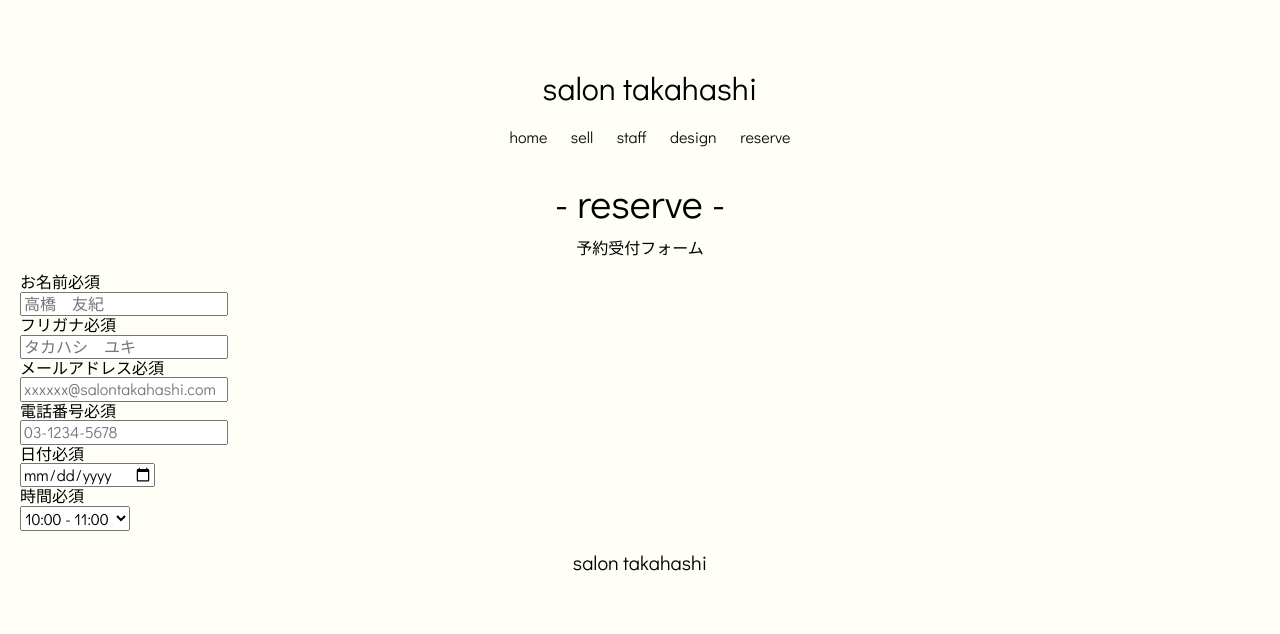
Repository: yukitakahashi1002/salontakahashi-
Page: jel-reserve-form.html
These files come from the project's save history. The page is drawn as it stood at one moment and after the next save; the edit follows.
The browser window is 1280 px wide. The pictures show the whole page.

Above is the page before, as saved 2023-08-09 01:40:51.

### jel-reserve-form.html
<!DOCTYPE html>
<html>
<head>
    <title>Salon Takahashi - reserve 予約 -</title>
    <meta charset="utf-8">
    <meta name="description" content="サロンタカハシのジェルメニュー予約受付フォーム">
    <meta name="viewport" content="width=device-width, initial-scale=1.0">
    <link rel="stylesheet" href='https://fonts.googleapis.com/css?family=Didact Gothic'>
    <link rel="stylesheet" href="css/normalize.css">
    <link rel="stylesheet" href="css/style.css">
</head>
<body>
    <!-- ヘッダー -->
    <header>
        <!-- サイトタイトル -->
        <h1>salon takahashi</h1>

        <!-- PC用ナビゲーション -->
        <nav id="nav-pc">
            <a href="/">home</a>
            <a href="sell.html">sell</a>
            <a href="staff.html">staff</a>
            <a href="design.html">design</a>
            <a href="reserve.html">reserve</a>
        </nav>
    </header>
    <main>
        <article>
            <!-- reserve-form -->
            <section id="reserve-form">
                <div class="section-title">
                    <h2 class="index-h2">- reserve -</h2>
                    <p>予約受付フォーム</p>
                </div>
                <form>
                    <div>
                        <div>
                            <input type="hidden" name="menu" value="ジェルメニュー">
                        </div>
                    </div>
                    <div>
                        <div class="form-heading">
                            <label class="form-label" for="name">お名前<span class="form-span">必須</span></label>
                        </div>
                        <div>
                            <input type="text" name="name" placeholder="高橋　友紀" class="form-textbox>">
                        </div>
                    </div>
                    <div>
                        <div class="form-heading">
                            <label class="form-label" for="hurigana">フリガナ<span class="form-span">必須</span></label>
                        </div>
                        <div>
                            <input type="text" name="hurigana" placeholder="タカハシ　ユキ" class="form-textbox>">
                        </div>
                    </div>
                    <div>
                        <div class="form-heading">
                            <label class="form-label" for="email">メールアドレス<span class="form-span">必須</span></label>
                        </div>
                        <div>
                            <input type="email" name="email" placeholder="xxxxxx@salontakahashi.com" class="form-textbox>">
                        </div>
                    </div>
                    <div>
                        <div class="form-heading">
                            <label class="form-label" for="tel">電話番号<span class="form-span">必須</span></label>
                        </div>
                        <div>
                            <input type="text" name="tel" placeholder="03-1234-5678" class="form-textbox>">
                        </div>
                    </div>
                    <div>
                        <div class="form-heading">
                            <label class="form-label" for="date">日付<span class="form-span">必須</span></label>
                        </div>
                        <div>
                            <input type="date" name="date" min="2023/01/01" class="form-textbox>">
                        </div>
                    </div>
                    <div>
                        <div class="form-heading">
                            <label class="form-label" for="day">時間<span class="form-span">必須</span></label>
                        </div>
                        <div>
                            <select>
                                <option>10:00 - 11:00</option>
                                <option>11:00 - 12:00</option>
                                <option>12:00 - 13:00</option>
                                <option>13:00 - 14:00</option>
                                <option>14:00 - 15:00</option>
                                <option>15:00 - 16:00</option>
                                <option>16:00 - 17:00</option>
                                <option>17:00 - 18:00</option>
                                <option>18:00 - 19:00</option>
                                <option>19:00 - 20:00</option>
                            </select>
                        </div>
                    </div>
                </form>
            </section>
        </article>
        <footer>
            <p>salon takahashi</p>
        </footer>
    </main>
</body>
</html>

### css/style.css
@charset "utf-8";

/*
* *********************************
*　ページ全体に関わるのCSS設定
* *********************************
*/
html *,
::before,
::after {
    box-sizing: border-box;
}

html {
    font-size: 14px;
}
@media (min-width: 768px)  {
    html {
        font-size: 16px;
    }
}

body {
    font-family: 'Didact Gothic', sans-serif;
    background-color: #FFFFF8;
    height: 100vh;
    box-sizing: border-box;
    padding: 20px;
}

/* 標準的なリンクのテキストの色 */
a {
    color: #f30;
}



/*=============
PC用のスタイル
==============*/
/* 横幅設定 */
body {
    max-width: 1800px;
    min-width: 960px;
    margin: 0 auto 0 auto;
}

/* ヘッダー */
header {
    text-align: center;
    margin-top: 50px;
}
header > h1 {
    margin-left: 20px;
    font-weight: normal;
}

/* ナビゲーションのレイアウト */
#nav-pc > a:link {
    text-decoration: none;
    margin-left: 20px;
    color: #0d0d0d;
}

#nav-pc > a:visited {
    color: #0d0d0d;
}

#nav-pc > a:hover {
    color: #0d0d0d;
    text-decoration: underline;
}

#nav-pc > a:active {
    color: #0d0d0d;
}

/* メインビジュアル */
#main-visual {
    text-align: center;
}

#main-message > h1 {
    font-size: 60px;
    margin: 100px auto 0 auto;
    font-weight: normal;
}
#main-message > p {
    font-size: 20px;
}

#main-visual > img {
    margin: 80px auto 0 auto;
}

/* 見出し */
.section-title {
    text-align: center;
}
.section-title > P {
    margin-top: -20px;
}


h2 {
    font-weight: normal;
    font-size: 40px;
}

h3 {
    font-size: 20px;
    line-height: 40px;
}

/* メニュー */
#menu {
    margin: 100px auto 80px auto;
    width: 100%;
}

/* メニューセクションのフレックス部分 */
#menu-flex {
    width: 100%;
    display: flex;
    justify-content: space-between;
}

#menu-flex > div {
    width: 50%;
    height: 600px;
    margin-top: 50px;
}

.menu-flex-left {
    display: flex;
    align-items: flex-start;
    position: relative;
    margin-right: 20px;
    margin-left: 20px;
}

.menu-flex-left > img {
    width: 100%;
}

.placebox-left {
    width: 30%;
    position: absolute;
    top: 25%;
    left: 50%;
    -ms-transform: translate(-50%, -50%);
    -webkit-transform: translate(-50%, -50%);
    transform: translate(-50%, -50%);
    margin: 0;
    padding: 0;
    background-color: #666666;
    opacity: 0.5;
    color: #FFFFFF;
    text-align: center;
    font-weight: bold;
}

/* 商品ページの商品コメント */
.sell-description-left {
    width: 80%;
    position: absolute;
    bottom: 0;
    left: 55%;
    -ms-transform: translate(-50%, -50%);
    -webkit-transform: translate(-50%, -50%);
    transform: translate(-50%, -50%);
    margin: 0;
    padding: 0;
    text-align: left;
}

/* スタッフセクションのフレックス部分 */
.staff-flex {
    text-align: center;
    margin: 3rem 0 0 0;
}

.menu-flex-right {
    display: flex;
    align-items: flex-end;
    position: relative;
    margin-right: 20px;
    margin-left: 20px;
}


.menu-flex-right > img {
    width: 100%;
}

.placebox-right {
    width: 30%;
    position: absolute;
    bottom: 10%;
    right: 20%;
    -ms-transform: translate(-50%, -50%);
    -webkit-transform: translate(-50%, -50%);
    transform: translate(-50%, -50%);
    margin: 0;
    padding: 0;
    background-color: #666666;
    opacity: 0.5;
    color: #FFFFFF;
    text-align: center;
    font-weight: bold;
}

/* 商品ページの商品コメント */
.sell-description-right {
    width: 80%;
    position: absolute;
    top: 5%;
    right: 23%;
    -ms-transform: translate(0, -50%);
    -webkit-transform: translate(0, -50%);
    transform: translate(0, -50%);
    margin: 0;
    padding: 0;
    text-align: left;
}

/* デザインセクションのフレックス部分 */
#design-flex {
    display: flex;
    width: 100%;
    justify-content: space-between;
}

/* デザイン画像 */
.cover-box {
    position: relative;
    transition: transform 0.3s ease;
}

.image-box > img {
    width: 600px;
    height: auto;
    padding: 20px;
    vertical-align: bottom;
}

.dark-cover > h3 {
    opacity: 0;
    position: absolute;
    top: 10px;
    left: 30px;
}

.dark-cover:hover > h3 {
    color: #FFFFFF;
    opacity: 1;
}

/* デザイン画像のホバー時 */
.dark-cover {
    position: absolute;
    top: 0;
    left: 0;
    right: 0;
    bottom: 0;
    z-index: 1;
    opacity: .3;
    transition:  background-color 0.3s ease;
    margin: 20px;
}
.dark-cover:hover {
    background-color: black;
}

.menu-foot {
    text-align: left;
    width: 60%;
    margin: 0 0 0 30%;
}

.menu-foot p {
    margin: 5px 0 5px 0;
    font-size: 16px;
}

/* reserveセクションのフレックス部分 */
#reserve-flex {
    display: flex;
    justify-content: center;
    padding: 10px;
    margin: 0 0 100px 0;
}

#reserve-flex > div > img {
    width: 100%;
}

.reserve-item {
    margin: 0 0 0 20px;
}

.reserve-item > p {
    line-height: 30px;
    margin: 30px 0 30px 0;
}

#reserve-flex > div {
    border: 1px solid #E9E9E0;
    margin: 15px;
    padding: 0 0 15px 0;
}

hr {
    border-top: 1px solid #E9E9E0;
    width: 90%;
    margin: 0 0 -15px 0;
}

button {
    background: #816E7C;
    border-radius: 0;
    border: none;
    padding: 10px 20px;
    text-align: center;
    color: #FFF;
}
button:hover {
    background: #A799A0;
}

/* インフォメーション */
#information {
    margin: 100px auto 80px auto;
    width: 100%;
}

/* 表部分 */
/* height: 330px;効かない */
table {
    border-collapse:collapse;
    border-spacing: 0;
    height: 330px;
}

/* .information-table > td だと効かない */
.infomertion-left {
    width: 50%;
    height: 200px;
    background-color: #F2F2F2;
    text-align: center;
    vertical-align: center;
    line-height: 40px;
}

.infomertion-right {
    width: 50%;
    /* height: 200px; */
}

strong {
    font-size: 30px;
}

footer {
    width: 100%;
    margin: 0 auto;
    text-align: center;
}

footer p {
    font-size: 20px;
}

Loaded but not shown: css/normalize.css (library)

After the next save:
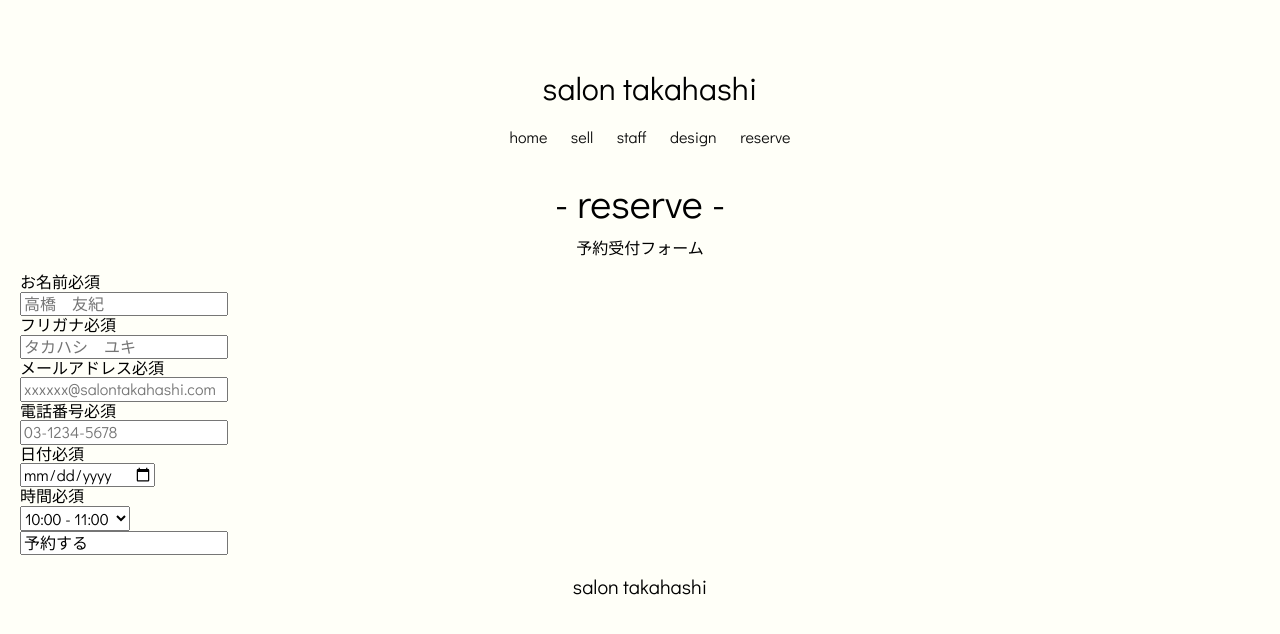
Saved 3 min 59 s later.
--- a/jel-reserve-form.html
+++ b/jel-reserve-form.html
@@ -97,6 +97,7 @@
                             </select>
                         </div>
                     </div>
+                    <input type="sumit" value="予約する">
                 </form>
             </section>
         </article>
